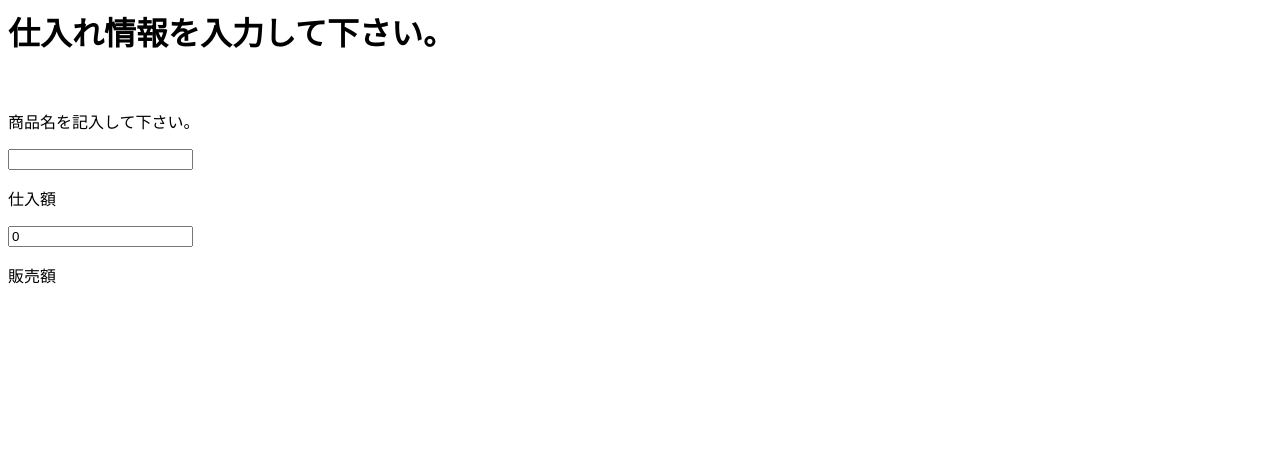
Repository: hayashikazuki/quroud9
Page: http://localhost/hurugi_keisan/hurugi_add.php
The author's editor kept a record of every edit. The page is drawn from the files as they stood at one moment, then again after the next edit.
The browser window is 1280 px wide. The pictures show the whole page.
The page is run by PHP 8.4 with error messages shown; the project is at /var/www/html/.

Above is the page before.

After the next edit:
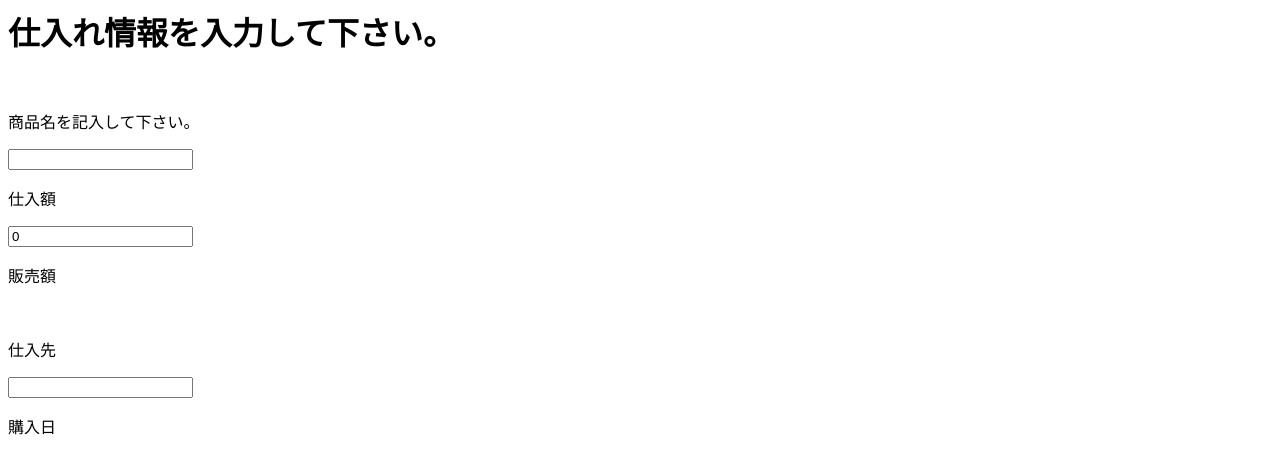
The edit:
--- a/hurugi_keisan/hurugi_add.php
+++ b/hurugi_keisan/hurugi_add.php
@@ -15,7 +15,13 @@
             <input type="text" name="stocking" value="0">
             <br />
             <p>販売額</p>
-            <inpuut type="text"
+            <inpuut type="text" name="sale" value="0">
+            <br />
+            <p>仕入先</p>
+            <input type="text" name="shop">
+            <br />
+            <p>購入日</p>
+
         </form>
     </body>
 </html>
